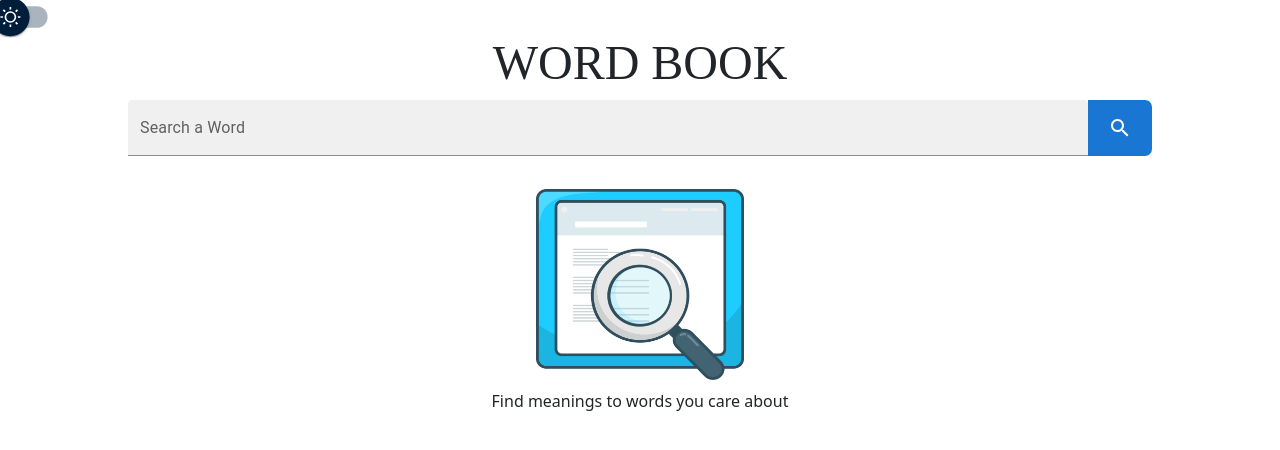
Repository: marveldev/my-dictionary
Page: /
These files come from the project's save history. The page is drawn as it stood at one moment and after the next save; the edit follows.
The browser window is 1280 px wide. The pictures show the whole page.
The project was rebuilt for these pictures with package versions that can differ from the ones it lists, and the page was loaded fresh each time. Also part of the build but not shown: src/components/themeSwitcher/MUISwitch.jsx.

Above is the page before, as saved 2022-05-29 18:00:03.

After the next save:
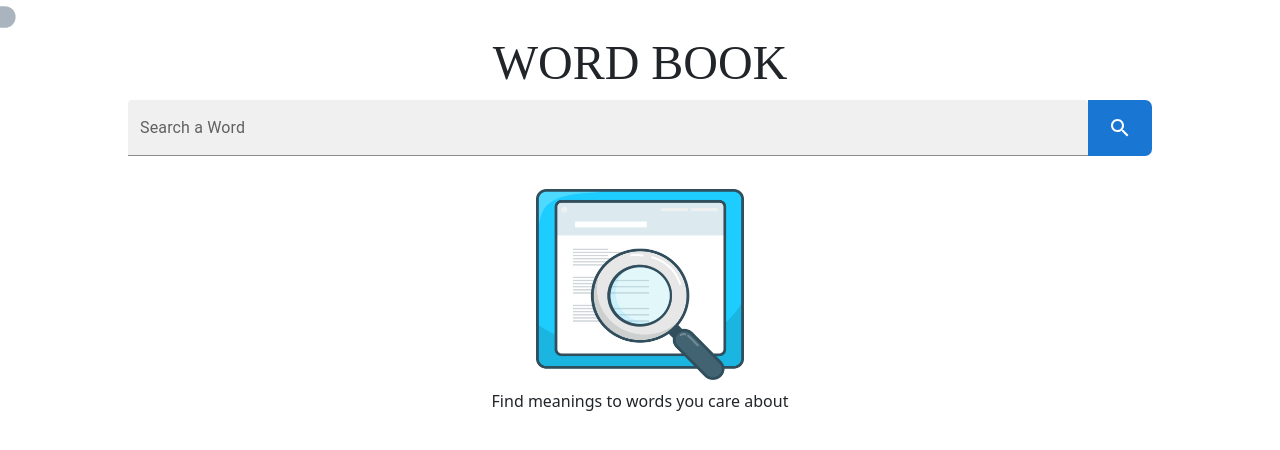
Saved 28 s later.
--- a/src/index.css
+++ b/src/index.css
@@ -16,6 +16,8 @@ body {
 .theme-switcher {
   display: inline-flex;
   margin: 0 0 0 auto;
+  position: relative;
+  right: 2em;
   /* float: right; */
 }
 
